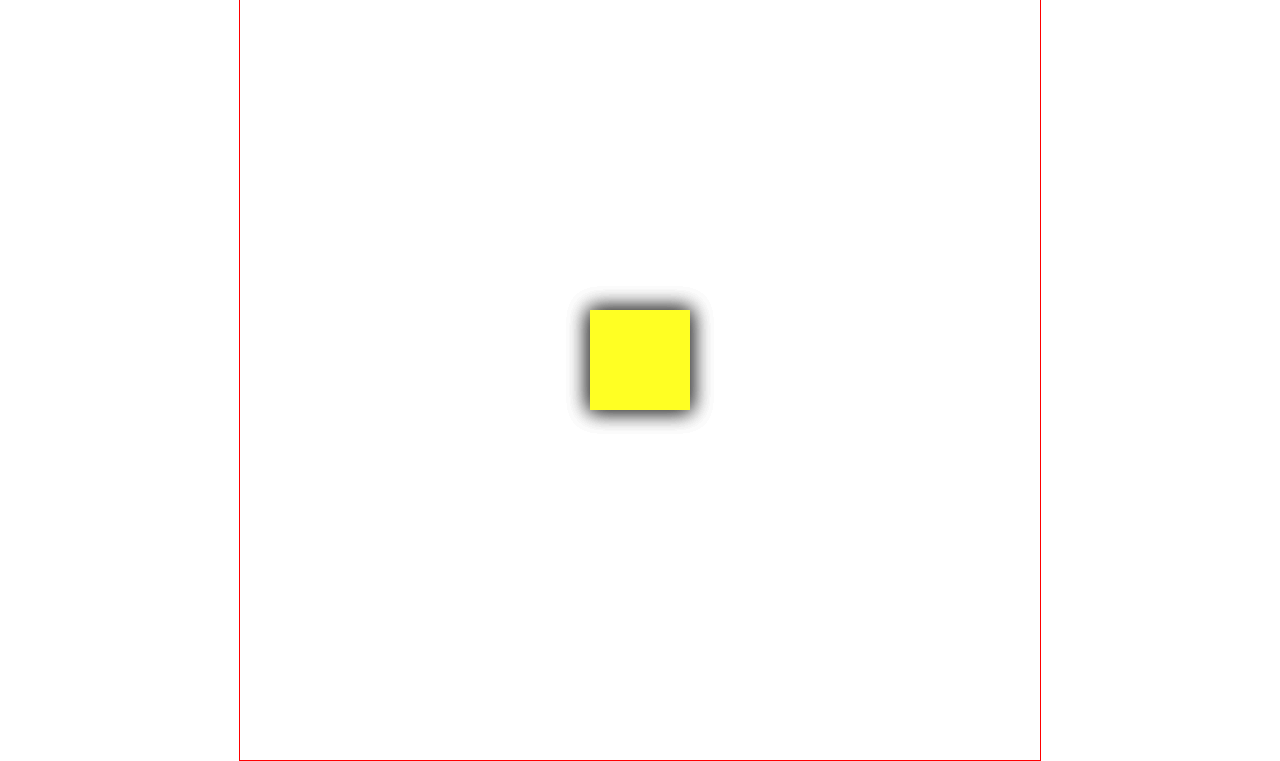
Repository: randgars/game
Page: index.html
The author's editor kept a copy of each file at every save. The page is drawn from the files as they stood at one save, then again after the next save.
The browser window is 1280 px wide. The pictures show the whole page.

Above is the page before, as saved 2017-09-29 10:59:13.

After the next save:
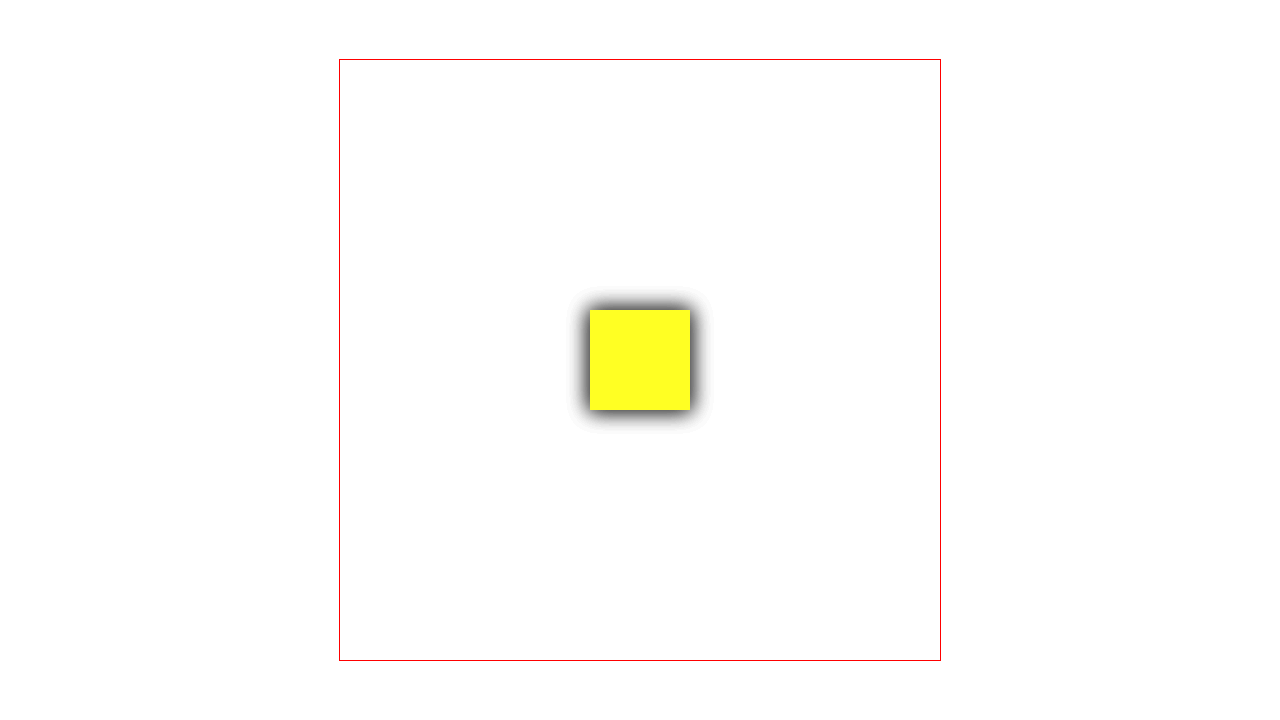
Saved 65 s later.
--- a/style.css
+++ b/style.css
@@ -8,8 +8,8 @@ body {
 }
 .wrapper {
     position: relative;
-    width: 800px;
-    height: 800px;
+    width: 600px;
+    height: 600px;
     border: solid 1px red;
 }
 .square {
@@ -61,8 +61,8 @@ body {
         background-color: rgba(35, 35, 255, 1);
     }
     50% {
-        top: calc(25% - 50px);
-        left: calc(25% - 50px);
+        top: calc(0 - 50px);
+        left: calc(0 - 50px);
         background-color: rgb(255, 35, 35);
     }
     75% {
@@ -80,8 +80,8 @@ body {
         background-color: rgb(255, 35, 35);
     }
     50% {
-        top: calc(25% - 50px);
-        left: calc(75% - 50px);
+        top: calc(0 - 50px);
+        left: calc(100% - 50px);
         background-color: rgba(255, 255, 35, 1);
     }
     75% {
@@ -99,8 +99,8 @@ body {
         background-color: rgba(255, 255, 35, 1);
     }
     50% {
-        top: calc(75% - 50px);
-        left: calc(75% - 50px);
+        top: calc(100% - 50px);
+        left: calc(100% - 50px);
         background-color: rgba(35, 255, 35, 1);
     }
     75% {
@@ -118,8 +118,8 @@ body {
         background-color: rgba(35, 255, 35, 1);
     }
     50% {
-        top: calc(75% - 50px);
-        left: calc(25% - 50px);
+        top: calc(100% - 50px);
+        left: calc(0 - 50px);
         background-color: rgba(35, 35, 255, 1);
     }
     75% {
